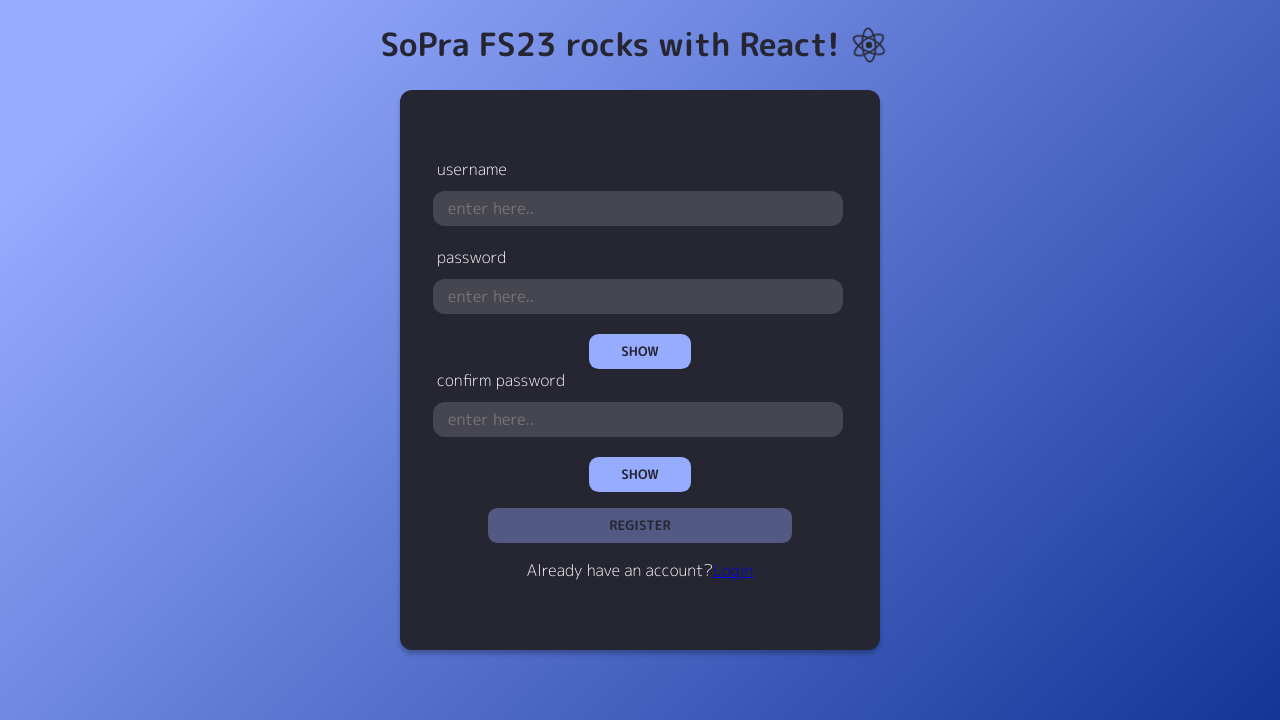
Repository: sopra-fs23-group-01/client
Page: /register
The author's editor kept a copy of each file at every save. The page is drawn from the files as they stood at one save, then again after the next save.
The browser window is 1280 px wide. The pictures show the whole page.
The project was rebuilt for these pictures with package versions that can differ from the ones it lists, and the page was loaded fresh each time. Also part of the build but not shown: src/components/routing/routeProtectors/GameGuard.js, src/styles/ui/Spinner.scss, src/components/ui/Spinner.js, src/styles/views/Game.scss, src/components/views/Game.js, src/components/routing/routers/GameRouter.js, src/components/routing/routeProtectors/LoginGuard.js, src/styles/views/Login.scss and 4 more.

Above is the page before, as saved 2023-03-08 14:28:43.

### public/index.html
<!DOCTYPE html>
<html lang="en">

<head>
  <meta charset="utf-8">
  <link rel="shortcut icon" href="%PUBLIC_URL%/favicon.ico">
  <meta name="viewport" content="width=device-width, initial-scale=1, shrink-to-fit=no">
  <meta name="theme-color" content="#000000">
  <!--
      manifest.json provides metadata used when your web app is added to the
      homescreen on Android. See https://developers.google.com/web/fundamentals/web-app-manifest/
    -->
  <link rel="manifest" href="%PUBLIC_URL%/manifest.json">
  <!--
      Notice the use of %PUBLIC_URL% in the tags above.
      It will be replaced with the URL of the `public` folder during the build.
      Only files inside the `public` folder can be referenced from the HTML.

      Unlike "/favicon.ico" or "favicon.ico", "%PUBLIC_URL%/favicon.ico" will
      work correctly both with client-side routing and a non-root public URL.
      Learn how to configure a non-root public URL by running `npm run build` or
      have a look at the documentation https://create-react-app.dev/docs/using-the-public-folder/.
    -->
  <title>SoPra FS23 - Group liuzihan</title>
</head>

<body>
  <noscript>
    You need to enable JavaScript to run this app.
  </noscript>
  <div id="root"></div>
  <!--
      This HTML file is a template.
      If you open it directly in the browser, you will see an empty page.

      You can add webfonts, meta tags, or analytics to this file.
      The build step will place the bundled scripts into the <body> tag.

      To begin the development, run `npm run dev`.
      To create a production bundle, use `npm run build`.
    -->
</body>

</html>

### src/index.js
import React from "react";
import ReactDOM from "react-dom";
import "styles/index.scss";
import App from "App";

/**
 * This is the entry point of your React application where the root element is in the public/index.html.
 * We call this a “root” DOM node because everything inside it will be managed by React DOM.
 * Applications built with just React usually have a single root DOM node.
 * More: https://reactjs.org/docs/rendering-elements.html
 */
ReactDOM.render(<App />, document.getElementById("root"));

### src/styles/index.scss
@import url('https://fonts.googleapis.com/css2?family=M+PLUS+Rounded+1c:wght@100;300;400;500;700;800;900&family=Roboto+Mono:wght@300;400;500;700&display=swap');
@import 'styles/theme';

/**
This file contains the general and shared style of your application.
 */
body {
  margin: 0;
  padding: 0;
  min-width: 100vw;
  min-height: 100vh;
  font-family: $fontDefault;
  background-image: linear-gradient(135deg, $accent 10%, $accentDark 100%);
}

input,
textarea,
select,
button {
  font-family: inherit;
  line-height: inherit;
  font-size: inherit;
  outline: none;
}

*:focus {
  outline: none;
}

* {
  -webkit-font-smoothing: antialiased;
  box-sizing: border-box;
}

### src/App.js
import Header from "components/views/Header";
import AppRouter from "components/routing/routers/AppRouter";

/**
 * Happy coding!
 * React Template by Lucas Pelloni
 * Overhauled by Kyrill Hux
 */
const App = () => {
  return (
    <div>
      <Header height="100"/>
      <AppRouter/>
    </div>
  );
};

export default App;

### src/styles/_theme.scss
/*
  This file contains the most basic variables that control how your application will look.
 */

/* Theme Colors

   these values control the colors of your application.
   feel free to play around with these and see what other look you can come up with! :D
*/

$accent: #97ABFF;
$accentDark: #123597;
$textColor: white;
$background: #262632;

/* some constants */

$DESKTOP_WIDTH: 1160px;
$SMALL_LAPTOPS_WIDTH: 970px;
$TABLETS_WIDTH: 750px;
$SMALL_WIDTH: 768px;

/* some standard elements */
/* fonts */
$fontDefault: "M PLUS Rounded 1c", sans-serif;
$fontMono: "Roboto Mono", monospace;

/* a standard drop shadow */
$dropShadow: 0 0.25em 0.25em rgba(0, 0, 0, 0.25);

$borderRadius: 0.75em;

/* mixins

  these allow you to create small snippets that you can insert with a one-liner in other stylesheets
  for an example, see styles/views/Login.scss
*/
@mixin center {
  display: flex;
  align-items: center;
  justify-content: center;
}

### src/components/views/Header.js
import React from "react";
import {ReactLogo} from "components/ui/ReactLogo";
import PropTypes from "prop-types";
import "styles/views/Header.scss";

/**
 * This is an example of a Functional and stateless component (View) in React. Functional components are not classes and thus don't handle internal state changes.
 * Conceptually, components are like JavaScript functions. They accept arbitrary inputs (called “props”) and return React elements describing what should appear on the screen.
 * They are reusable pieces, and think about each piece in isolation.
 * Functional components have to return always something. However, they don't need a "render()" method.
 * https://reactjs.org/docs/components-and-props.html
 * @FunctionalComponent
 */
const Header = props => (
  <div className="header container" style={{height: props.height}}>
    <h1 className="header title">SoPra FS23 rocks with React!</h1>
    <ReactLogo width="60px" height="60px"/>
  </div>
);

Header.propTypes = {
  height: PropTypes.string
};

/**
 * Don't forget to export your component!
 */
export default Header;

### src/components/routing/routers/AppRouter.js
import {BrowserRouter, Redirect, Route, Switch} from "react-router-dom";
import {GameGuard} from "components/routing/routeProtectors/GameGuard";
import GameRouter from "components/routing/routers/GameRouter";
import {LoginGuard} from "components/routing/routeProtectors/LoginGuard";
//  import {ProfileGuard} from "components/routing/routeProtectors/ProfileGuard";
import Login from "components/views/Login";
import Register from "components/views/Register";
import Profile from "components/views/Profile";
import ProfilePage from "components/views/Profile";
import EditProfile from "components/views/EditProfile";

/**
 * Main router of your application.
 * In the following class, different routes are rendered. In our case, there is a Login Route with matches the path "/login"
 * and another Router that matches the route "/game".
 * The main difference between these two routes is the following:
 * /login renders another component without any sub-route
 * /game renders a Router that contains other sub-routes that render in turn other react components
 * Documentation about routing in React: https://reacttraining.com/react-router/web/guides/quick-start
 */
//exactpath是具体路径，只有完全匹配才会切换，path是只要包括就切换。
const AppRouter = () => {
  return (
    <BrowserRouter>
      <Switch>
        <Route path="/game">
          <GameGuard>
            <GameRouter base="/game"/>
          </GameGuard>
        </Route>

        <Route path="/user/:id" component={ProfilePage}>
        <GameGuard>
          <Profile/>
          </GameGuard>
        </Route>

        <Route exact path="/login">
          <LoginGuard>
            <Login/>
          </LoginGuard>
        </Route>

        <Route exact path="/register">
          <LoginGuard>
            <Register/>
          </LoginGuard>
        </Route>

        <Route exact path="/editprofile">
          <GameGuard>
            <EditProfile/>
          </GameGuard>
        </Route>

        <Route exact path="/">
          <Redirect to="/login"/>
        </Route>


      </Switch>
    </BrowserRouter>
  );
};

/*
* Don't forget to export your component!
 */
export default AppRouter;

### src/components/ui/ReactLogo.js
import React from "react";
import "styles/ui/ReactLogo.scss";

export const ReactLogo = props => {
  return (
    <svg viewBox="0 0 841.9 595.3" {...props} className={`react-logo ${props.className ?? ''}`}>
      <g>
        <path d="M666.3 296.5c0-32.5-40.7-63.3-103.1-82.4 14.4-63.6 8-114.2-20.2-130.4-6.5-3.8-14.1-5.6-22.4-5.6v22.3c4.6 0 8.3.9 11.4 2.6 13.6 7.8 19.5 37.5 14.9 75.7-1.1 9.4-2.9 19.3-5.1 29.4-19.6-4.8-41-8.5-63.5-10.9-13.5-18.5-27.5-35.3-41.6-50 32.6-30.3 63.2-46.9 84-46.9V78c-27.5 0-63.5 19.6-99.9 53.6-36.4-33.8-72.4-53.2-99.9-53.2v22.3c20.7 0 51.4 16.5 84 46.6-14 14.7-28 31.4-41.3 49.9-22.6 2.4-44 6.1-63.6 11-2.3-10-4-19.7-5.2-29-4.7-38.2 1.1-67.9 14.6-75.8 3-1.8 6.9-2.6 11.5-2.6V78.5c-8.4 0-16 1.8-22.6 5.6-28.1 16.2-34.4 66.7-19.9 130.1-62.2 19.2-102.7 49.9-102.7 82.3 0 32.5 40.7 63.3 103.1 82.4-14.4 63.6-8 114.2 20.2 130.4 6.5 3.8 14.1 5.6 22.5 5.6 27.5 0 63.5-19.6 99.9-53.6 36.4 33.8 72.4 53.2 99.9 53.2 8.4 0 16-1.8 22.6-5.6 28.1-16.2 34.4-66.7 19.9-130.1 62-19.1 102.5-49.9 102.5-82.3zm-130.2-66.7c-3.7 12.9-8.3 26.2-13.5 39.5-4.1-8-8.4-16-13.1-24-4.6-8-9.5-15.8-14.4-23.4 14.2 2.1 27.9 4.7 41 7.9zm-45.8 106.5c-7.8 13.5-15.8 26.3-24.1 38.2-14.9 1.3-30 2-45.2 2-15.1 0-30.2-.7-45-1.9-8.3-11.9-16.4-24.6-24.2-38-7.6-13.1-14.5-26.4-20.8-39.8 6.2-13.4 13.2-26.8 20.7-39.9 7.8-13.5 15.8-26.3 24.1-38.2 14.9-1.3 30-2 45.2-2 15.1 0 30.2.7 45 1.9 8.3 11.9 16.4 24.6 24.2 38 7.6 13.1 14.5 26.4 20.8 39.8-6.3 13.4-13.2 26.8-20.7 39.9zm32.3-13c5.4 13.4 10 26.8 13.8 39.8-13.1 3.2-26.9 5.9-41.2 8 4.9-7.7 9.8-15.6 14.4-23.7 4.6-8 8.9-16.1 13-24.1zM421.2 430c-9.3-9.6-18.6-20.3-27.8-32 9 .4 18.2.7 27.5.7 9.4 0 18.7-.2 27.8-.7-9 11.7-18.3 22.4-27.5 32zm-74.4-58.9c-14.2-2.1-27.9-4.7-41-7.9 3.7-12.9 8.3-26.2 13.5-39.5 4.1 8 8.4 16 13.1 24 4.7 8 9.5 15.8 14.4 23.4zM420.7 163c9.3 9.6 18.6 20.3 27.8 32-9-.4-18.2-.7-27.5-.7-9.4 0-18.7.2-27.8.7 9-11.7 18.3-22.4 27.5-32zm-74 58.9c-4.9 7.7-9.8 15.6-14.4 23.7-4.6 8-8.9 16-13 24-5.4-13.4-10-26.8-13.8-39.8 13.1-3.1 26.9-5.8 41.2-7.9zm-90.5 125.2c-35.4-15.1-58.3-34.9-58.3-50.6 0-15.7 22.9-35.6 58.3-50.6 8.6-3.7 18-7 27.7-10.1 5.7 19.6 13.2 40 22.5 60.9-9.2 20.8-16.6 41.1-22.2 60.6-9.9-3.1-19.3-6.5-28-10.2zM310 490c-13.6-7.8-19.5-37.5-14.9-75.7 1.1-9.4 2.9-19.3 5.1-29.4 19.6 4.8 41 8.5 63.5 10.9 13.5 18.5 27.5 35.3 41.6 50-32.6 30.3-63.2 46.9-84 46.9-4.5-.1-8.3-1-11.3-2.7zm237.2-76.2c4.7 38.2-1.1 67.9-14.6 75.8-3 1.8-6.9 2.6-11.5 2.6-20.7 0-51.4-16.5-84-46.6 14-14.7 28-31.4 41.3-49.9 22.6-2.4 44-6.1 63.6-11 2.3 10.1 4.1 19.8 5.2 29.1zm38.5-66.7c-8.6 3.7-18 7-27.7 10.1-5.7-19.6-13.2-40-22.5-60.9 9.2-20.8 16.6-41.1 22.2-60.6 9.9 3.1 19.3 6.5 28.1 10.2 35.4 15.1 58.3 34.9 58.3 50.6-.1 15.7-23 35.6-58.4 50.6zM320.8 78.4z" />
        <circle cx="420.9" cy="296.5" r="45.7" />
        <path d="M520.5 78.1z" />
      </g>
    </svg>
  );
};

### src/styles/views/Header.scss
@import 'styles/theme';

.header {
  &.container {
    @include center;
  }

  &.title {
    font-weight: bold;
    color: $background;
    text-align: center;
  }
}

### src/components/views/Register.js
import React, {useState} from 'react';
import {api, handleError} from 'helpers/api';
import User from 'models/User';
import {Link, useHistory, } from 'react-router-dom';
import {Button} from "../ui/Button";
import 'styles/views/Register.scss';
import BaseContainer from "components/ui/BaseContainer";
import PropTypes from "prop-types";

/*
It is possible to add multiple components inside a single file,
however be sure not to clutter your files with an endless amount!
As a rule of thumb, use one file per component and only add small,
specific components that belong to the main one in the same file.
 */
const FormField = props => {
  return (
    <div className="register field">
      <label className="register label">
        {props.label}
      </label>
      <input
        className="register input"
        placeholder="enter here.."
        value={props.value}
        onChange={e => props.onChange(e.target.value)}
      />
    </div>
  );
};

const PasswordField = props => {
  const [showPassword, setShowPassword] = useState(false);

  function toggleShowPassword() {
    setShowPassword(!showPassword);
  }


  return (
    <div className="register field">
      <label className="register label">
        {props.label}
      </label>

      <input type = {showPassword ? 'text' : 'password'}
        className="register input"
        placeholder="enter here.."
        value={props.value}
        onChange={e => props.onChange(e.target.value)  }

      />

      <div className="register button-container1">
       <Button width="25%" onClick={toggleShowPassword }>{showPassword ? 'Hide' : 'Show' }
       </Button>
      </div>
    </div>
  );
};

//用于验证输入是否为规定数据类型
FormField.propTypes = {
  label: PropTypes.string,
  value: PropTypes.string,
  onChange: PropTypes.func
};

PasswordField.propTypes = {
  label: PropTypes.string,
  value: PropTypes.string,
  onChange: PropTypes.func
};

const Register = props => {
  const history = useHistory();


  //hook语法，意思是定义了一个名为password的状态变量，并且初始值为null。同时，还定义了一个名为setPassword的函数，它可以用于更新password的值
  const [username, setUsername] = useState(null);
  const [password, setPassword] = useState(null);
  const [confirmPassword, setConfirmPassword] = useState(null);


  const doregister = async () => {
    try {
      const requestBody = JSON.stringify({username, password});
      const response = await api.post('/users', requestBody);

      // Get the returned user and update a new object.
      const user = new User(response.data);

      // Store the token into the local storage.
      localStorage.setItem('username', user.username);
      localStorage.setItem('token', user.token);
      localStorage.setItem('id', user.id);
      console.log(user.token)
      console.log(user.id)

      // Regist successfully worked --> navigate to the route /Login in the GameRouter
      history.push(`/Login`);
    } catch (error) {
      alert(`Something went wrong during the register: \n${handleError(error)}`);
    }
  };

  return (
    <BaseContainer>
      <div className="register container">
        <div className="register form">
          <FormField
            label="Username"
            value={username}
            onChange={un => setUsername(un)}
          />

          <div classname="register password">
          <PasswordField
            label="Password"
            value={password}
            onChange={n => setPassword(n)}
          />

          </div>

          <div classname="register password">
          <PasswordField
            label="Confirm Password"
            value={confirmPassword}
            onChange={n => setConfirmPassword(n)}
          />
          </div>

          <div className="register button-container">
            <Button
              disabled={!username || !password || !confirmPassword ||password.indexOf(" ") !== -1|| username.indexOf(" ") !== -1}
              width="75%"
              onClick={() => doregister()}
            >
              Register
            </Button>
          </div>

          <div className="register button-container">
              Already have an account?
            <Link to={`/login`}>Login</Link>
          </div>


        </div>
      </div>
    </BaseContainer>
  );
};

/**
 * You can get access to the history object's properties via the withRouter.
 * withRouter will pass updated match, location, and history props to the wrapped component whenever it renders.
 */
export default Register;

### src/styles/ui/ReactLogo.scss
@import 'styles/theme';

.react-logo {
  fill: $background;
  animation: spin 2s linear infinite;
}

@keyframes spin {
  100% {
    transform: rotate(360deg);
  }
}

### src/helpers/api.js
import axios from 'axios';
import { getDomain } from 'helpers/getDomain';

export const api = axios.create({
  baseURL: getDomain(),
  headers: { 'Content-Type': 'application/json', 'Access-Control-Allow-Origin': '*' }
});

export const handleError = error => {
  const response = error.response;

  // catch 4xx and 5xx status codes
  if (response && !!`${response.status}`.match(/^[4|5]\d{2}$/)) {
    let info = `\nrequest to: ${response.request.responseURL}`;

    if (response.data.status) {
      info += `\nstatus code: ${response.data.status}`;
      info += `\nerror: ${response.data.error}`;
      info += `\nerror message: ${response.data.message}`;
    } else {
      info += `\nstatus code: ${response.status}`;
      info += `\nerror message:\n${response.data}`;
    }

    console.log('The request was made and answered but was unsuccessful.', error.response);
    return info;
  } else {
    if (error.message.match(/Network Error/)) {
      alert('The server cannot be reached.\nDid you start it?');
    }

    console.log('Something else happened.', error);
    return error.message;
  }
};

### src/models/User.js
/**
 * User model
 */
class User {
  constructor(data = {}) {
    this.id = null;
    this.name = null;
    this.username = null;
    this.token = null;
    this.status = null;
    Object.assign(this, data);
  }
}
export default User;

### src/components/ui/Button.js
import "styles/ui/Button.scss";

export const Button = props => (
  <button
    {...props}
    style={{width: props.width, ...props.style}}
    className={`primary-button ${props.className}`}>
    {props.children}
  </button>
);

### src/components/ui/BaseContainer.js
import 'styles/ui/BaseContainer.scss';
import PropTypes from "prop-types";

const BaseContainer = props => (
  <div {...props} className={`base-container ${props.className ?? ''}`}>
    {props.children}
  </div>
);

BaseContainer.propTypes = {
  children: PropTypes.node,
};

export default BaseContainer;

### src/styles/views/Register.scss
@import 'styles/theme';

.register {
  &.container {
    margin-top: 0em;
    min-height: 400px;
    /* we include the center mixin defined in _theme.scss and save three duplicate lines :) */
    @include center;
    flex-direction: column;
  }
  &.form {
    display: flex;
    flex-direction: column;
    justify-content: center;
    width: 60%;
    max-width: 30em;
    height: 35em;
    font-size: 16px;
    font-weight: 300;
    padding-left: 37px;
    padding-right: 37px;
    border-radius: 0.75em;
    background-color: $background;
    transition: opacity 0.5s ease, transform 0.5s ease;
    box-shadow: $dropShadow;
  }
  &.field {
    display: flex;
    flex-direction: column;
    justify-content: center;
  }
  &.input {
    height: 35px;
    padding-left: 15px;
    margin-left: -4px;
    border: none;
    border-radius: 0.75em;
    margin-bottom: 20px;
    background: transparentize(white, 0.85);
    color: $textColor;
  }
  &.label {
    color: $textColor;
    margin-bottom: 10px;
    text-transform: lowercase;
    font-weight: 300;
  }
  &.button-container {
    display: flex;
    justify-content: center;
    margin-top: 1em;
  }
  &.button-container1 {
    display: flex;
    justify-content: center;
    margin-top: 0em;
  }
}

### src/helpers/getDomain.js
import { isProduction } from 'helpers/isProduction'

/**
 * This helper function returns the current domain of the API.
 * If the environment is production, the production App Engine URL will be returned.
 * Otherwise, the link localhost:8080 will be returned (Spring server default port).
 * @returns {string}
 */
export const getDomain = () => {
  const prodUrl = 'https://sopra-fs23-liu-zihan-server.oa.r.appspot.com/' // TODO: insert your prod url for server (once deployed)
  const devUrl = 'http://localhost:8080'

  return isProduction() ? prodUrl : devUrl
}

### src/styles/ui/Button.scss
@import 'styles/theme';

.primary-button {
  &:hover {
    transform: translateY(-2px);
  }
  &:disabled {
    cursor: default;
    opacity: 0.4;
    &:hover {
      transform: none;
    }
  }
  padding: 6px;
  font-weight: 700;
  text-transform: uppercase;
  font-size: 13px;
  text-align: center;
  height: 35px;
  border: none;
  border-radius: $borderRadius;
  cursor: pointer;
  opacity: 1;
  color: $background;
  background-color: $accent;
  transition: all 0.3s ease;
}

### src/styles/ui/BaseContainer.scss
@import 'styles/theme';

.base-container {
  margin-left: auto;
  padding-left: 15px;
  margin-right: auto;
  padding-right: 15px;
  max-width: $DESKTOP_WIDTH;
  color: $textColor;
}

### src/helpers/isProduction.js
/*
* This helper function returns a flag stating the current environment.
* If an environment variable is found with NODE_ENV set to true,
* then it is a prod environment. Otherwise, dev.
 */
export const isProduction = () => {
  return process.env.NODE_ENV === "production"
}

After the next save:
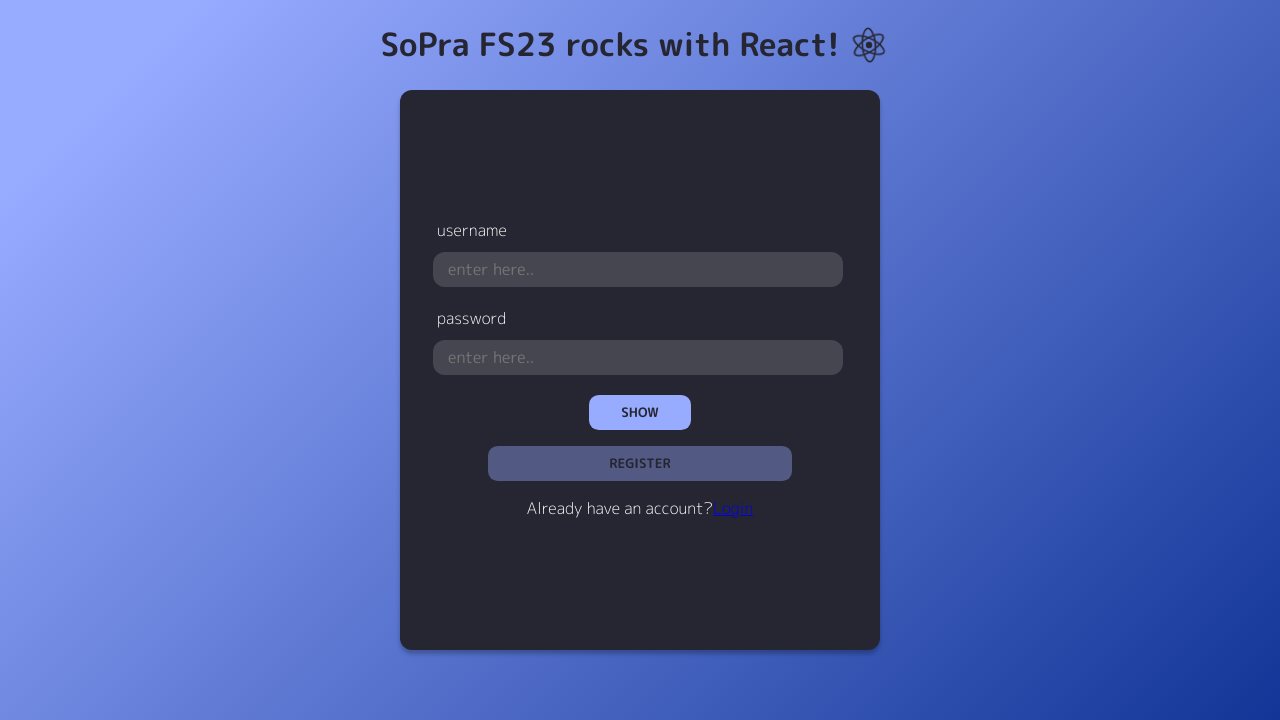
Saved 3 min 0 s later.
--- a/src/components/views/Register.js
+++ b/src/components/views/Register.js
@@ -32,10 +32,10 @@
 const PasswordField = props => {
   const [showPassword, setShowPassword] = useState(false);
 
+   //use the funtion to control the show of the password
   function toggleShowPassword() {
     setShowPassword(!showPassword);
   }
-
 
   return (
     <div className="register field">
@@ -59,7 +59,7 @@
   );
 };
 
-//用于验证输入是否为规定数据类型
+//to virify the input
 FormField.propTypes = {
   label: PropTypes.string,
   value: PropTypes.string,
@@ -72,11 +72,10 @@
   onChange: PropTypes.func
 };
 
+//The function to do the register
 const Register = props => {
   const history = useHistory();
 
-
-  //hook语法，意思是定义了一个名为password的状态变量，并且初始值为null。同时，还定义了一个名为setPassword的函数，它可以用于更新password的值
   const [username, setUsername] = useState(null);
   const [password, setPassword] = useState(null);
   const [confirmPassword, setConfirmPassword] = useState(null);
@@ -123,13 +122,14 @@
 
           </div>
 
-          <div classname="register password">
+
+          {/* <div classname="register password">
           <PasswordField
             label="Confirm Password"
             value={confirmPassword}
             onChange={n => setConfirmPassword(n)}
           />
-          </div>
+          </div> */}
 
           <div className="register button-container">
             <Button
